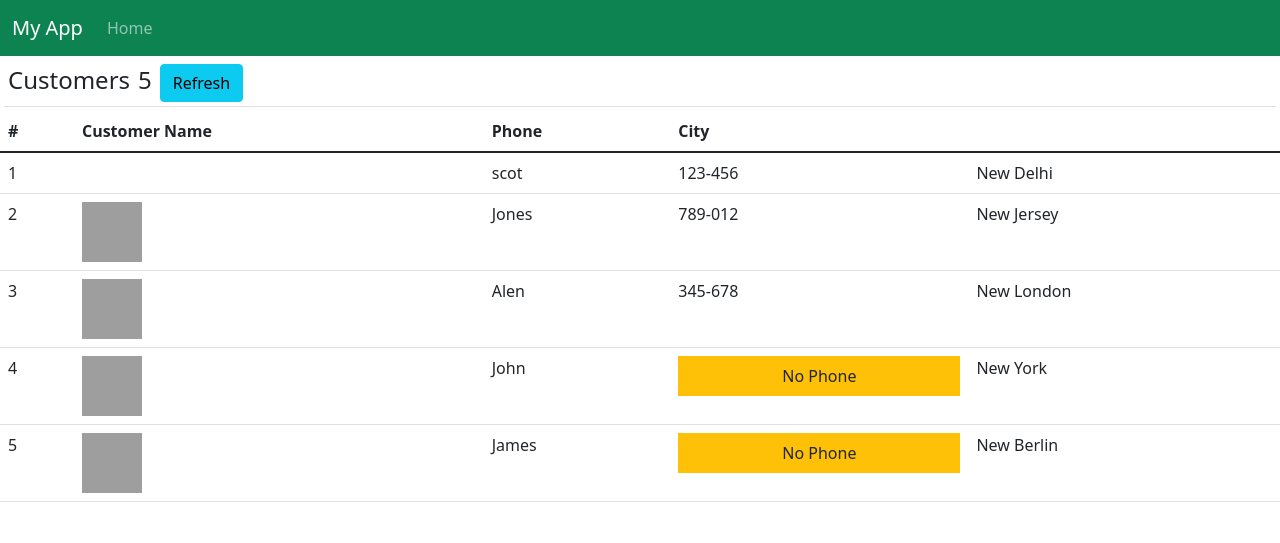
Repository: smit1298/e-commerce
Page: /
These files come from the project's save history. The page is drawn as it stood at one moment and after a run of saves; the edit follows.
The browser window is 1280 px wide. The pictures show the whole page.
Pictures or frames that could not be fetched are drawn as grey boxes. The project was rebuilt for these pictures with package versions that can differ from the ones it lists, and the page was loaded fresh each time.

Above is the page before, as saved 2022-05-10 17:59:46.

### src/index.js
import React from "react";
import ReactDOM from "react-dom";
import "jquery";
import "popper.js/dist/umd/popper";
import "bootstrap/dist/js/bootstrap";
import "bootstrap/dist/css/bootstrap.css";
import "./index.css";
import App from "./App";

ReactDOM.render(<App />, document.getElementById("root"));

### src/index.css
* {
    box-sizing: border-box;
}

.highlight{
    background-color: #80c0b5;
}

.navbar-style{
    background-color: #0c8351 !important;
}

### src/App.jsx
import React, { Component } from "react";
import MainContent from "./MainContent";
import NavBar from "./NavBar";

export default class App extends Component {
  render() {
    return (
      <React.Fragment>
        <NavBar />
        <MainContent />
      </React.Fragment>
    );
  }
}

### src/MainContent.jsx
import React, { Component } from "react";

export default class MainContent extends Component {
  state = {
    pageTitle: "Customers",
    customersCount: 5,
    customers: [
      { id: 1, name: "scot", phone: "123-456", address: { city: "New Delhi" } },
      {
        id: 2,
        name: "Jones",
        phone: "789-012",
        address: { city: "New Jersey" },
        photo: "https://picsum.photos/id/1010/60"
      },
      {
        id: 3,
        name: "Alen",
        phone: "345-678",
        address: { city: "New London" },
        photo: "https://picsum.photos/id/1010/60"
      },
      { id: 4, name: "John", phone: null, address: { city: "New York" },
      photo: "https://picsum.photos/id/1010/60" },
      { id: 5, name: "James", phone: null, address: { city: "New Berlin" },
      photo: "https://picsum.photos/id/1010/60" }
    ]
  };

  render() {
    return (
      <div>
        <h4 className="border-bottom m-1 p-1">
          {this.state.pageTitle}
          <span className="m-2">{this.state.customersCount}</span>
          <button className="btn btn-info" onClick={this.onRefreshClick}>
            Refresh
          </button>
        </h4>
        <table className="table">
          <thead>
            <tr>
              <th>#</th>
              <th>Customer Name</th>
              <th>Phone</th>
              <th>City</th>
            </tr>
          </thead>
          <tbody>{this.getCustomerRow()}</tbody>
        </table>
      </div>
    );
  }

  //   Executes when the user clicks on refresh button
  onRefreshClick = () => {
    this.setState({
      customersCount: 7
    });
  };

  getPhoneToRender = (phone) => {
    if (phone) return phone;
    else return <div className="bg-warning p-2 text-center">No Phone</div>;
  };

  getCustomerRow = () => {
    return this.state.customers.map((cust) => {
      return (
        <tr key={cust.id}>
          <td>{cust.id}</td>
          <td><img src={cust.photo} /></td>
          <td>{cust.name}</td>
          <td> {this.getPhoneToRender(cust.phone)}</td>
          <td>{cust.address.city}</td>
        </tr>
      );
    });
  };
}

### src/NavBar.jsx
import React, { Component } from "react";

class NavBar extends Component {
  render() {
    return (
      <React.Fragment>
        <nav className="navbar navbar-expand-lg navbar-dark bg-dark navbar-style">
          <div className="container-fluid">
            <a className="navbar-brand" href="/#">
              My App
            </a>
            <button
              className="navbar-toggler"
              type="button"
              data-bs-toggle="collapse"
              data-bs-target="#navbarSupportedContent"
              aria-controls="navbarSupportedContent"
              aria-expanded="false"
              aria-label="Toggle navigation"
            >
              <span className="navbar-toggler-icon"></span>
            </button>

            <div
              className="collapse navbar-collapse"
              id="navbarSupportedContent"
            >
              <ul className="navbar-nav me-auto mb-2 mb-lg-0">
                <li className="nav-item">
                  <a className="nav-link" href="/#">
                    Home
                  </a>
                </li>
              </ul>
            </div>
          </div>
        </nav>
      </React.Fragment>
    );
  }
}

export default NavBar;

Loaded but not shown: public/index.html (common file)

After the next 4 saves:
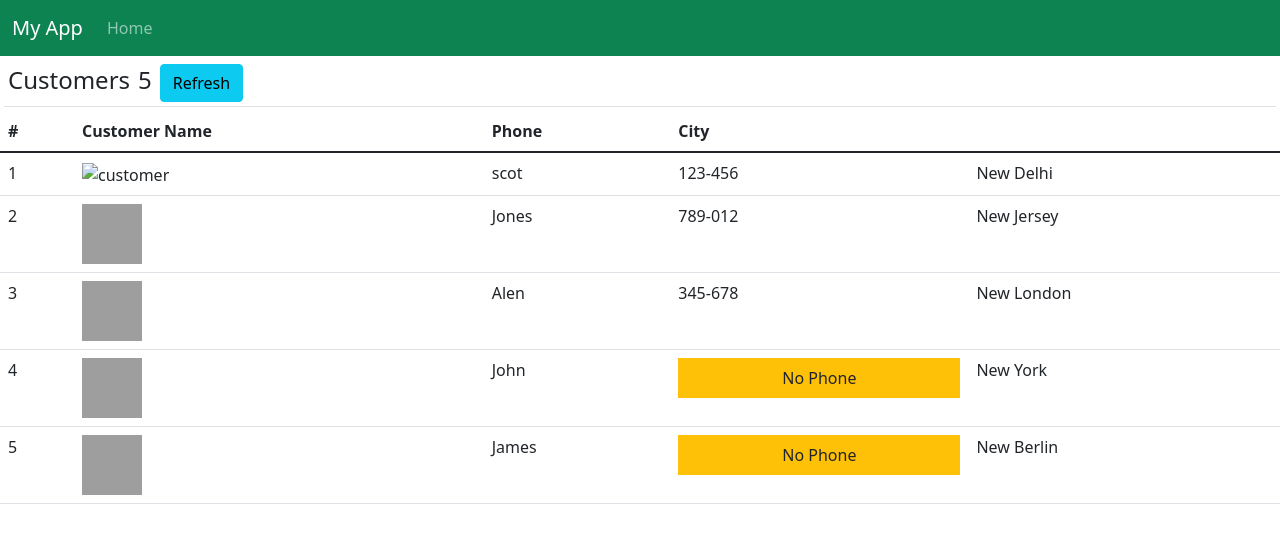
The 4 saves are shown as one change because they came seconds apart.
The last was saved 17 s later.
--- a/src/MainContent.jsx
+++ b/src/MainContent.jsx
@@ -69,7 +69,7 @@ export default class MainContent extends Component {
       return (
         <tr key={cust.id}>
           <td>{cust.id}</td>
-          <td><img src={cust.photo} /></td>
+          <td><img src={cust.photo} alt="customer"/></td>
           <td>{cust.name}</td>
           <td> {this.getPhoneToRender(cust.phone)}</td>
           <td>{cust.address.city}</td>
